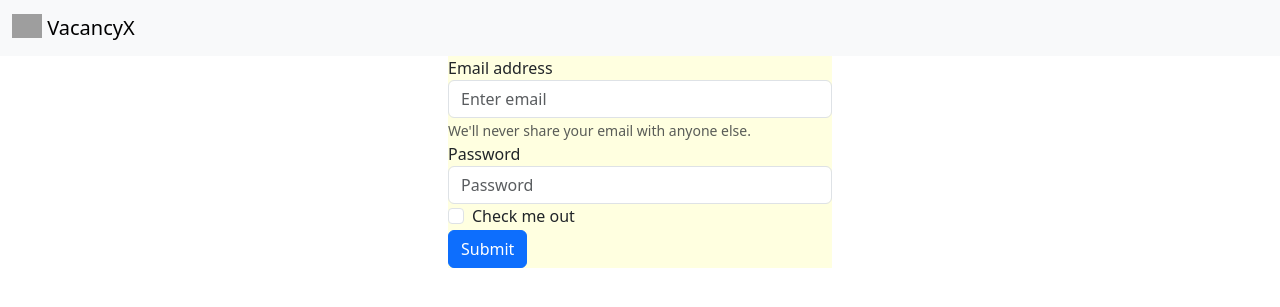
Repository: zipArk99/Vacancy-portal-serv
Page: http://localhost/VacancyPortal/
These files come from the project's save history. The page is drawn as it stood at one moment and after the next save; the edit follows.
The browser window is 1280 px wide. The pictures show the whole page.
Pictures or frames that could not be fetched are drawn as grey boxes. The page is served by Tomcat 9. Other server files are loaded and not shown.

Above is the page before, as saved 2024-08-14 10:12:02.

### VacancyPortal/src/main/webapp/index.jsp
<%@ page language="java" contentType="text/html; charset=UTF-8"
	pageEncoding="UTF-8"%>
<%@ taglib prefix="c" uri="http://java.sun.com/jsp/jstl/core"%>
<%@ page isELIgnored="false" %>
<!DOCTYPE html>
<html>
<head>
 <meta charset="utf-8">
    <meta name="viewport" content="width=device-width, initial-scale=1">
    <title>SOAP Registration</title>
    <link href="https://cdn.jsdelivr.net/npm/bootstrap@5.3.3/dist/css/bootstrap.min.css" rel="stylesheet" integrity="sha384-QWTKZyjpPEjISv5WaRU9OFeRpok6YctnYmDr5pNlyT2bRjXh0JMhjY6hW+ALEwIH" crossorigin="anonymous">
</head>
<body>
<%@ include file="header.jsp" %>

<div style="width:30%; margin: auto; background-color:lightyellow;">
<form action="#" method="POST">

  <div class="form-group">
    <label for="exampleInputEmail1">Email address</label>
    <input type="email" name="email" class="form-control" id="exampleInputEmail1" aria-describedby="emailHelp" placeholder="Enter email">
    <small id="emailHelp" class="form-text text-muted">We'll never share your email with anyone else.</small>
  </div>
  <div class="form-group">
    <label for="exampleInputPassword1">Password</label>
    <input name="password" type="password" class="form-control" id="exampleInputPassword1" placeholder="Password">
  </div>
  <div class="form-group form-check">
    <input type="checkbox" class="form-check-input" id="exampleCheck1" name="check">
    <label class="form-check-label" for="exampleCheck1">Check me out</label>
  </div>
  <button type="submit" class="btn btn-primary">Submit</button>
</form>
</div>
</body>
</html>

### VacancyPortal/src/main/webapp/header.jsp
<%@ page language="java" contentType="text/html; charset=UTF-8"
    pageEncoding="UTF-8"%>
<!DOCTYPE html>
<html>
  <head>
    <meta charset="utf-8">
    <meta name="viewport" content="width=device-width, initial-scale=1">
    <title>Bootstrap demo</title>
    <link href="https://cdn.jsdelivr.net/npm/bootstrap@5.3.3/dist/css/bootstrap.min.css" rel="stylesheet" integrity="sha384-QWTKZyjpPEjISv5WaRU9OFeRpok6YctnYmDr5pNlyT2bRjXh0JMhjY6hW+ALEwIH" crossorigin="anonymous">
  </head>
<body>

<nav class="navbar navbar-light bg-light">
  <div class="container-fluid">
    <a class="navbar-brand" href="#">
      <img src="/docs/5.0/assets/brand/bootstrap-logo.svg" alt="" width="30" height="24" class="d-inline-block align-text-top">
      VacancyX
    </a>
  </div>
</nav>
</body>
</html>

After the next save:
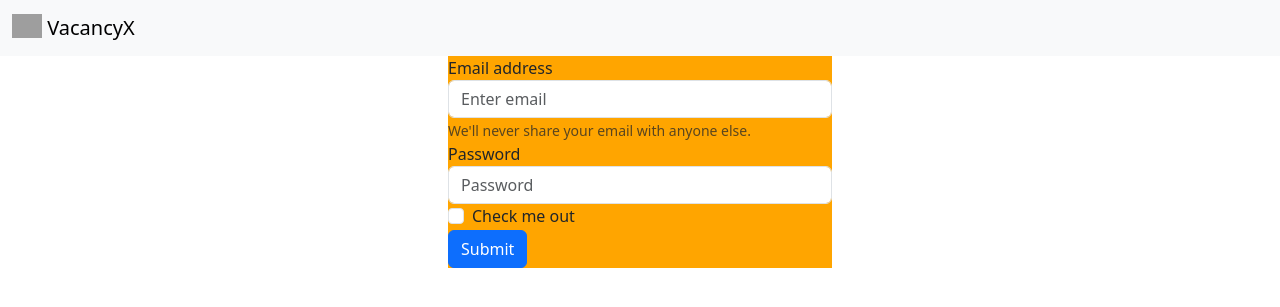
Saved 16 s later.
--- a/VacancyPortal/src/main/webapp/index.jsp
+++ b/VacancyPortal/src/main/webapp/index.jsp
@@ -13,7 +13,7 @@
 <body>
 <%@ include file="header.jsp" %>
 
-<div style="width:30%; margin: auto; background-color:lightyellow;">
+<div style="width:30%; margin: auto; background-color:orange;">
 <form action="#" method="POST">
 
   <div class="form-group">
